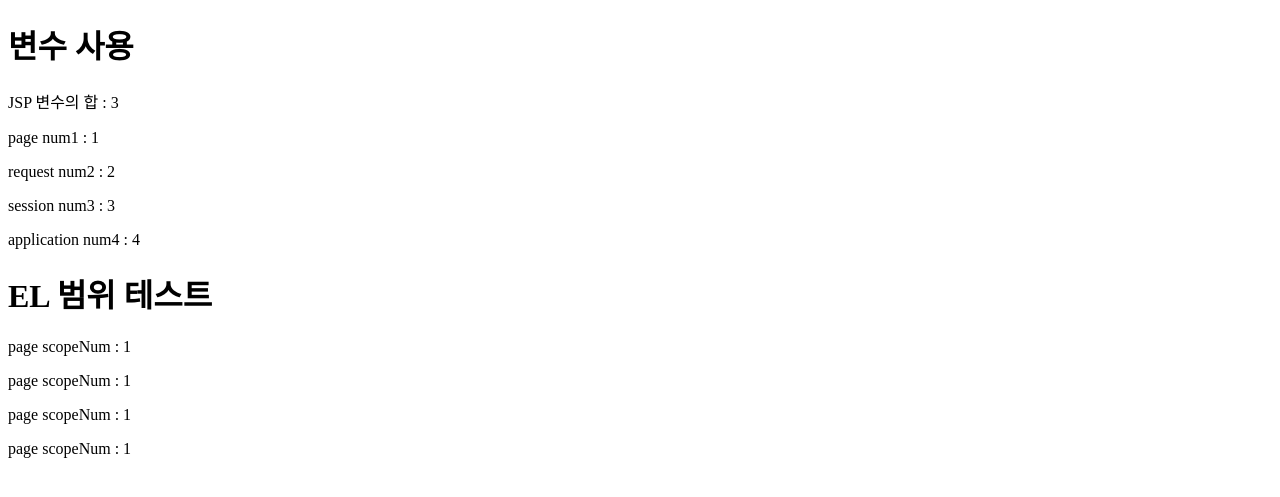
Repository: dnwpdud/WEB_CODES
Page: http://localhost/Web07_EL_JSTL/01_Expression_Language/01_basic.jsp
An editor plug-in stored every save of this project. The page is shown before and after the next save, followed by the edit.
The browser window is 1280 px wide. The pictures show the whole page.
The page is served by Tomcat 9.

Above is the page before, as saved 2024-04-05 07:05:16.

After the next save:
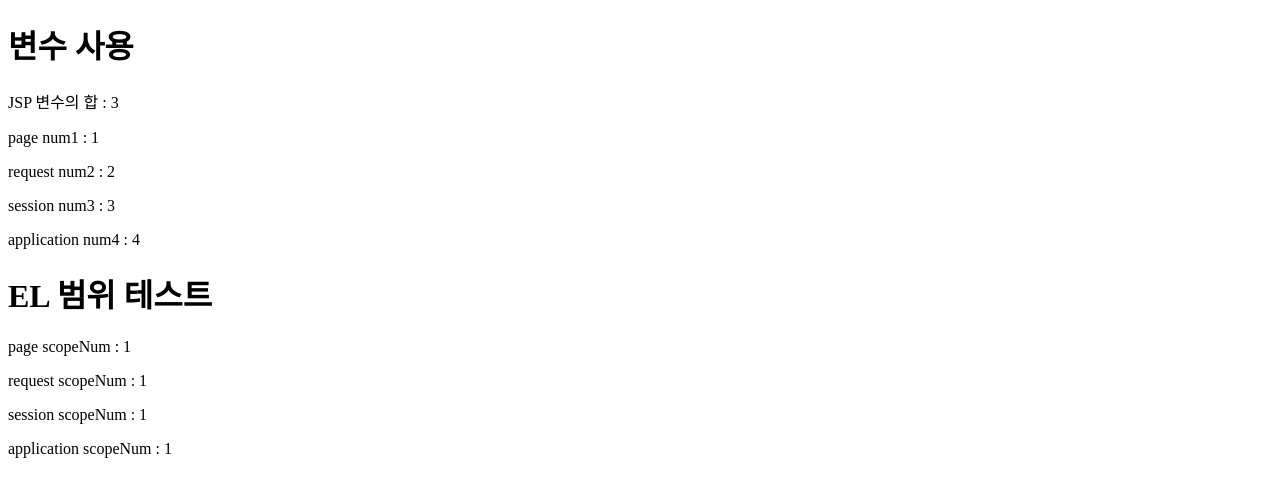
Saved 10 s later.
--- a/Web07_EL_JSTL/src/main/webapp/01_Expression_Language/01_basic.jsp
+++ b/Web07_EL_JSTL/src/main/webapp/01_Expression_Language/01_basic.jsp
@@ -62,8 +62,8 @@
 
 	 <h1>EL 범위 테스트</h1>
 	 <p>page scopeNum : ${scopeNum }</p>
-	 <p>page scopeNum : ${scopeNum }</p>
-	 <p>page scopeNum : ${scopeNum }</p>
-	 <p>page scopeNum : ${scopeNum }</p>
+	 <p>request scopeNum : ${scopeNum }</p>
+	 <p>session scopeNum : ${scopeNum }</p>
+	 <p>application scopeNum : ${scopeNum }</p>
 </body>
 </html>
